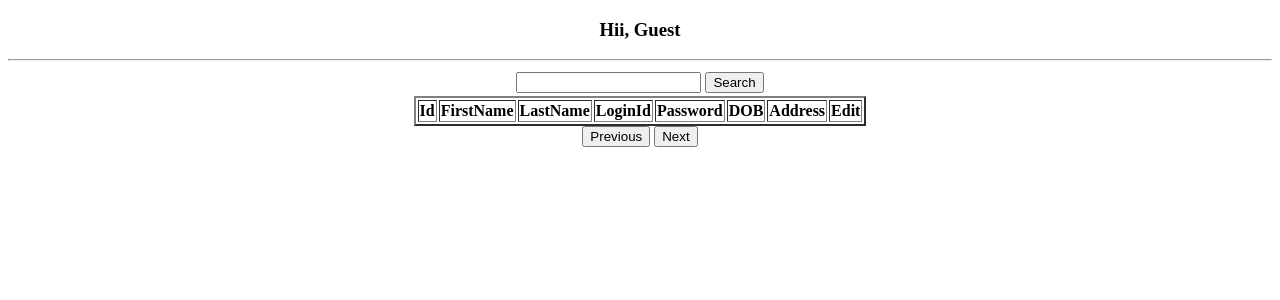
Repository: Jatdevta/AdvanceJava
Page: http://localhost/DynamicProject/UserListCtl
The author's editor kept a copy of each file at every save. The page is drawn from the files as they stood at one save, then again after the next save.
The browser window is 1280 px wide. The pictures show the whole page.
The page is served by Tomcat 9. Queries for data that is not in the repository find no rows.

Above is the page before, as saved 2023-08-22 11:47:40.

After the next save:
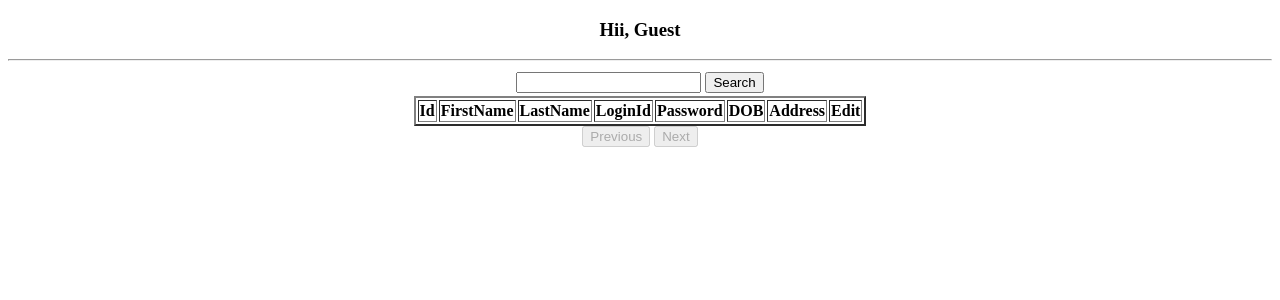
Saved 4 min 46 s later.
--- a/Advancejava/DynamicProject/WebContent/UserListView.jsp
+++ b/Advancejava/DynamicProject/WebContent/UserListView.jsp
@@ -71,8 +71,9 @@
 
 
 			<td><input type="hidden" name="pageNo" value="<%=pageNo%>"></td>
-			<td><input type="submit" name="operation" value="Previous"></td>
-			<td><input type="submit" name="operation" value="Next"></td>
+
+			<td><input type="submit" name="operation" value="Previous"<%=(pageNo !=1) ?"" : "disabled" %>></td>
+			<td><input type="submit" name="operation" value="Next"<%=(nextListSize !=0) ?"" : "disabled" %>></td>
 
 
 		</tr>
